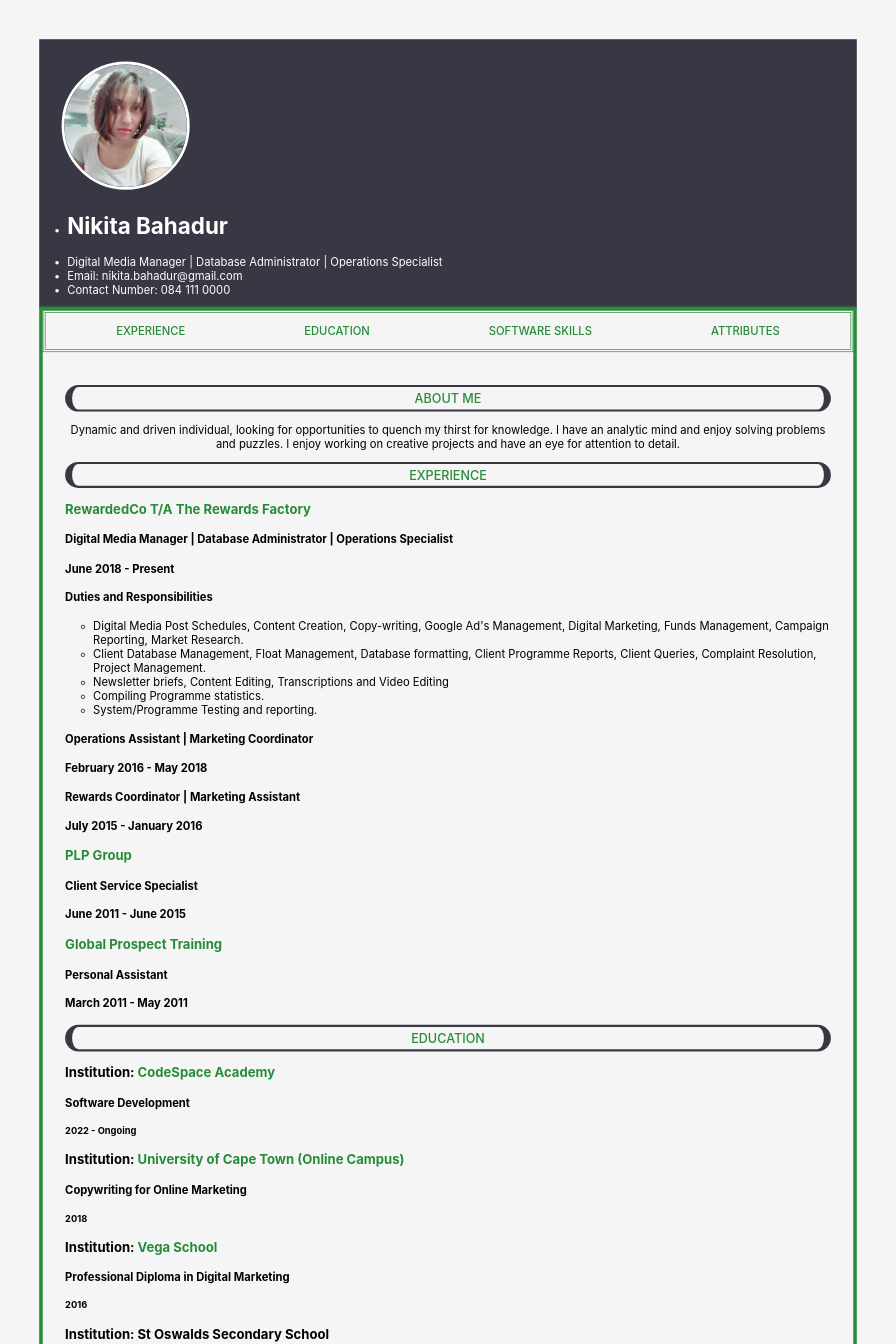
Repository: acidpixie/Resume-Example
Page: index.html
An editor plug-in stored every save of this project. The page is shown before and after the next save, followed by the edit.
The browser window is 1280 px wide. The pictures show the part of the page from y = 0 to 1920 px (the page is 2800 px tall), at 70% of full size.

Above is the page before, as saved 2022-03-03 17:55:14.

After the next save:
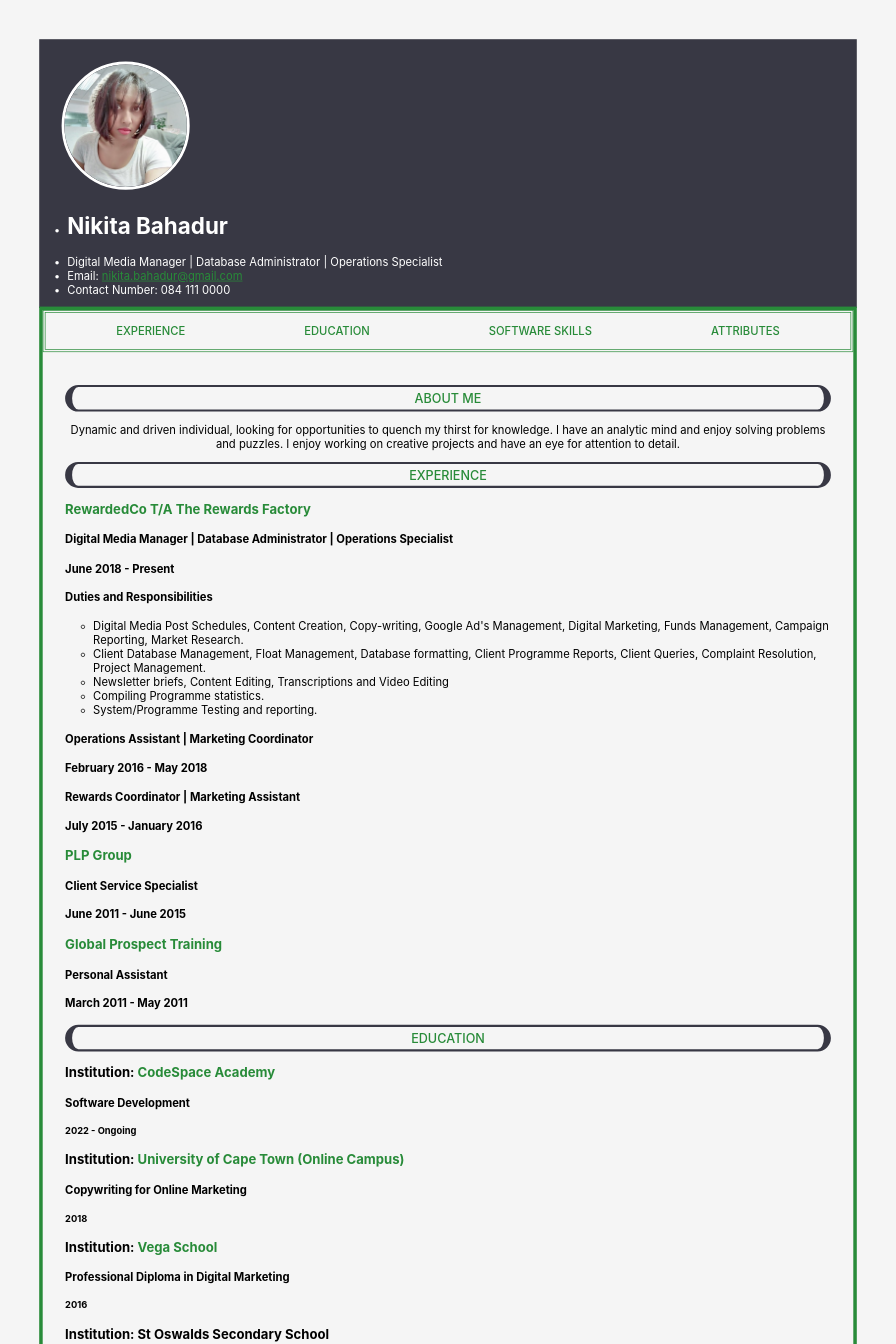
Saved 51 s later.
--- a/index.html
+++ b/index.html
@@ -15,7 +15,7 @@
     <ul class="InfoList">
     <li><h1>Nikita Bahadur</h1></li>
     <li>Digital Media Manager | Database Administrator | Operations Specialist</li>
-    <li>Email: nikita.bahadur@gmail.com</li>
+    <li>Email: <a href = "mailto:nikita.bahadur@gmail.com">nikita.bahadur@gmail.com</a></li>
     <li>Contact Number: 084 111 0000</li>
     </ul>
     </div>
